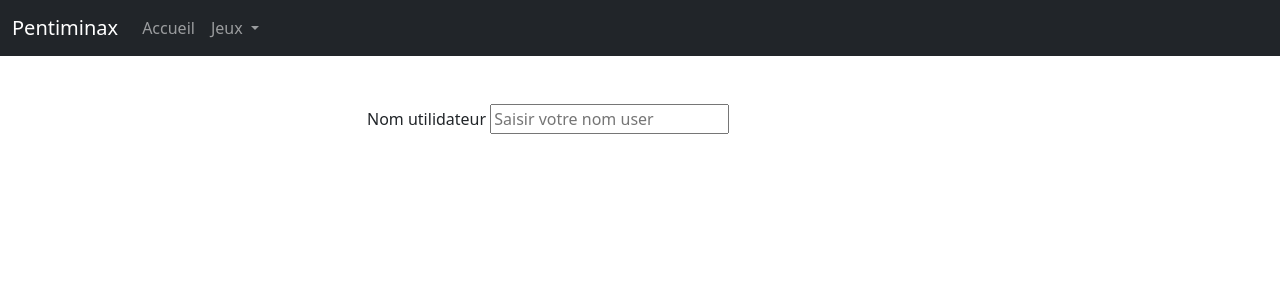
Repository: remi77130/morpion
Page: templates/games/tic-tac-toe.html
The author's editor kept a copy of each file at every save. The page is drawn from the files as they stood at one save, then again after the next save.
The browser window is 1280 px wide. The pictures show the whole page.

Above is the page before, as saved 2023-11-27 12:05:58.

### templates/games/tic-tac-toe.html
<!DOCTYPE html>
<html lang="fr">

<head>
    <meta charset="UTF-8">
    <meta name="viewport" content="width=device-width, initial-scale=1.0">
    <link rel="stylesheet" href="/bootstrap/css/bootstrap.min.css">
    <link rel="stylesheet" href="css/style.css">
    <title>Tic-tac-toe</title>
</head>

<body>

    <nav class="navbar navbar-expand-lg navbar-dark bg-dark">
        <div class="container-fluid">
            <a class="navbar-brand" href="/">Pentiminax</a>
            <button class="navbar-toggler" type="button" data-bs-toggle="collapse"
                data-bs-target="#navbarSupportedContent" aria-controls="navbarSupportedContent" aria-expanded="false"
                aria-label="Toggle navigation">
                <span class="navbar-toggler-icon"></span>
            </button>
            <div class="collapse navbar-collapse" id="navbarSupportedContent">
                <ul class="navbar-nav me-auto mb-2 mb-lg-0">
                    <li class="nav-item">
                        <a class="nav-link" href="/">Accueil</a>
                    </li>
                    <li class="nav-item dropdown">
                        <a class="nav-link dropdown-toggle" href="#" id="gamesDropdown" role="button"
                            data-bs-toggle="dropdown" aria-expanded="false">
                            Jeux
                        </a>
                        <ul class="dropdown-menu" aria-labelledby="navbarDropdown">
                            <li><a class="dropdown-item" href="/games/tic-tac-toe">Morpion</a></li>
                        </ul>
                    </li>
                </ul>
            </div>
        </div>
    </nav>

    <div class="container mt-5">
        <div class="row">
            <div class="col-sm-12 col-md-6 offset-md-3">

                <div class="alert d-none" role="alerte" id="turn-message"></div>

                <div class="card-mb-3" id="user-card">

                    <div class="card-body">
                        <form action="" method="post" id="form">

                            <div class="mb-3">
                                <label for="">Nom utilidateur</label>
                                <input type="text" id="username" placeholder="Saisir votre nom user">
                            </div>

                        </form>
                    </div>

                </div>

            </div>
        </div>
    </div>
    <script src="./jquery/jquery.min.js"></script>
    <script src="./bootstrap/js/bootstrap.min.js"></script>
</body>

</html>

Loaded but not shown: node_modules/bootstrap/dist/css/bootstrap.min.css (library); node_modules/jquery/dist/jquery.min.js (library); node_modules/bootstrap/dist/js/bootstrap.min.js (library); public/css/style.css (no stored copy; drawn as an empty file)

After the next save:
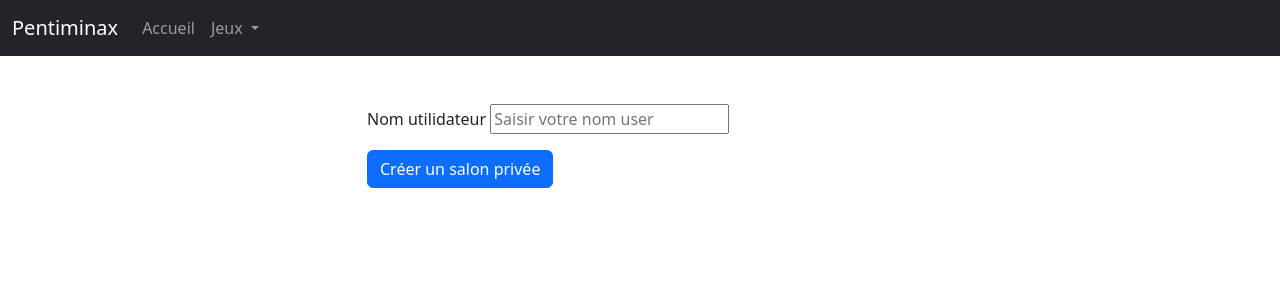
Saved 81 s later.
--- a/templates/games/tic-tac-toe.html
+++ b/templates/games/tic-tac-toe.html
@@ -54,6 +54,8 @@
                                 <input type="text" id="username" placeholder="Saisir votre nom user">
                             </div>
 
+                            <button class="btn btn-primary" id="star" type="submit">Créer un salon privée</button>
+
                         </form>
                     </div>
 
